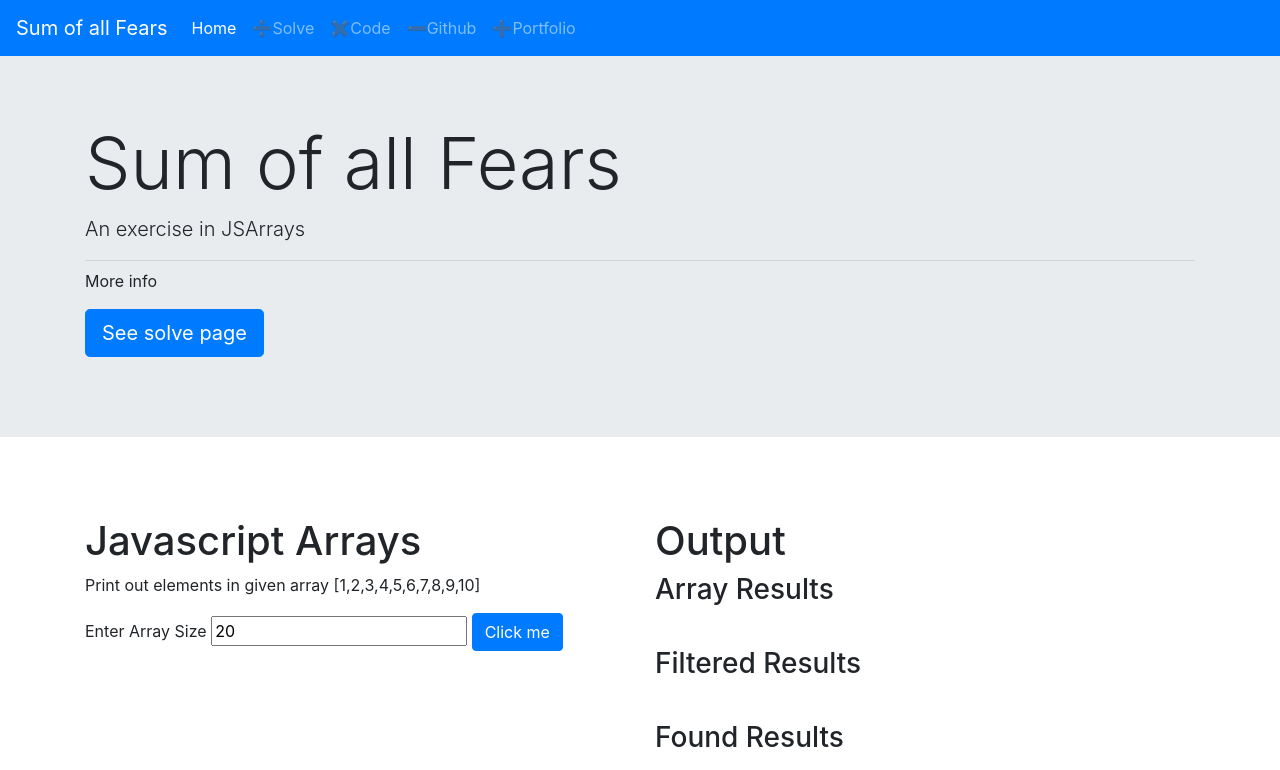
Repository: zhadjah9559/BrainBufferOverflow
Page: index.html
These files come from the project's save history. The page is drawn as it stood at one moment and after the next save; the edit follows.
The browser window is 1280 px wide. The pictures show the whole page.

Above is the page before, as saved 2021-01-18 00:47:23.
Console error: TypeError: Cannot read properties of null (reading 'addEventListener')

After the next save:
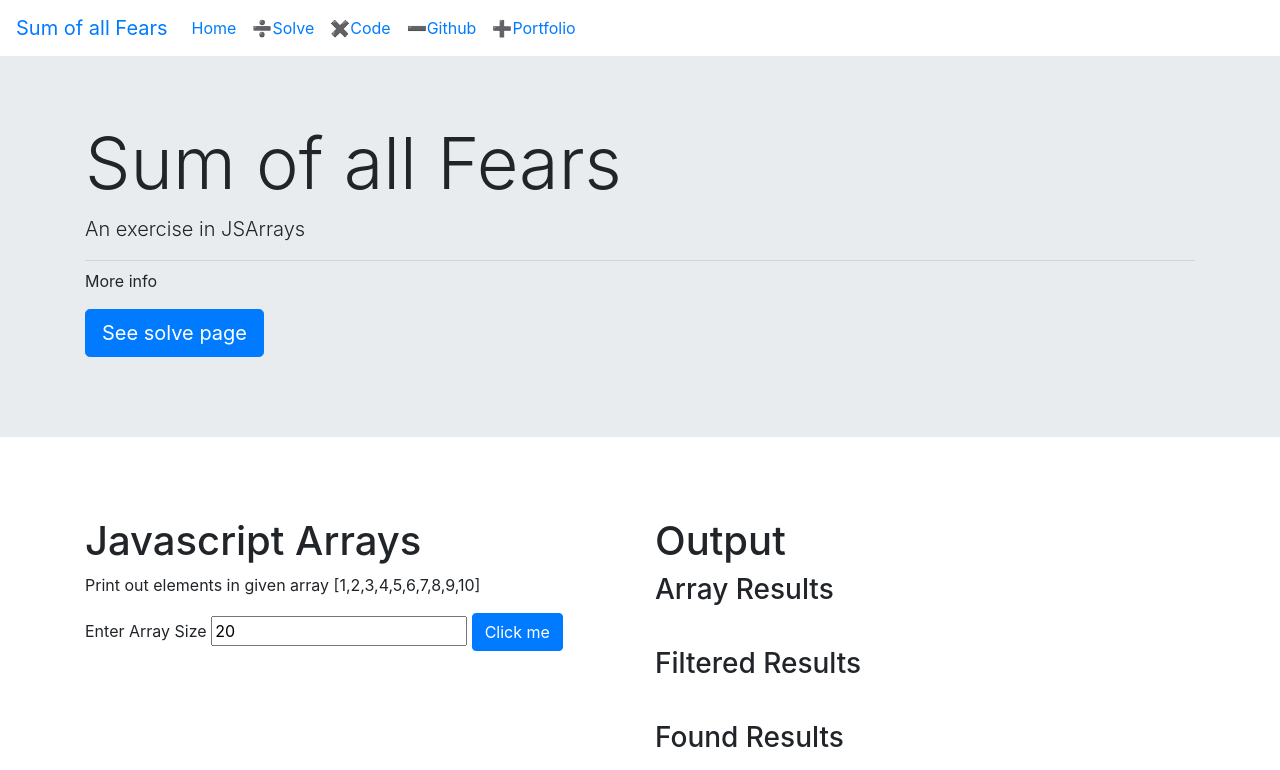
Saved 52 s later.
--- a/index.html
+++ b/index.html
@@ -12,7 +12,7 @@
   </head>
   <body>
 
-    <nav class="navbar navbar-expand-sm navbar-dark bg-primary">
+    <nav class="navbar navbar-expand-sm">
         <a class="navbar-brand" href="#">Sum of all Fears</a>
         <button class="navbar-toggler d-lg-none" type="button" data-toggle="collapse" data-target="#collapsibleNavId" aria-controls="collapsibleNavId"
             aria-expanded="false" aria-label="Toggle navigation"></button>
